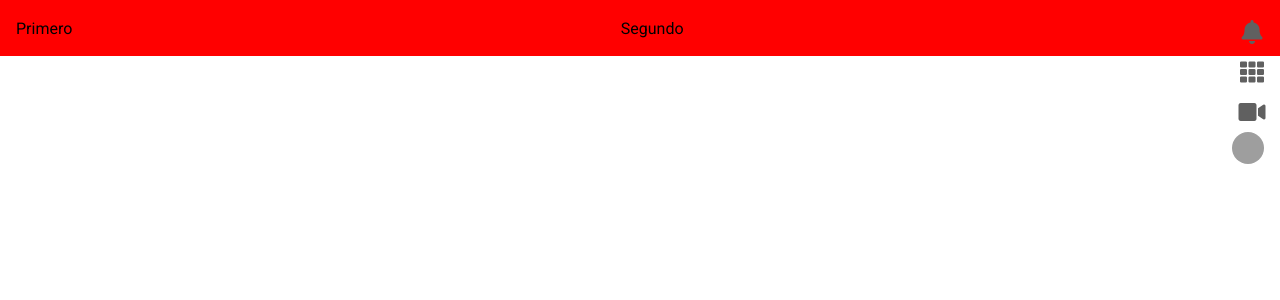
Repository: RobertAries28/ClonYoutube
Page: index.html
These files come from the project's save history. The page is drawn as it stood at one moment and after the next save; the edit follows.
The browser window is 1280 px wide. The pictures show the whole page.
Pictures or frames that could not be fetched are drawn as grey boxes. Some web libraries are served in a nearby version.

Above is the page before, as saved 2021-08-28 11:52:36.

After the next save:
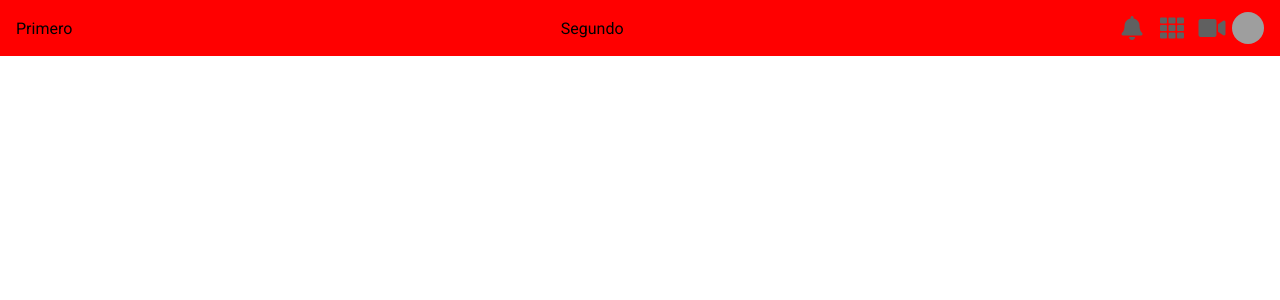
Saved 113 s later.
--- a/index.html
+++ b/index.html
@@ -14,11 +14,12 @@
    <header class="main-header">
        <div>Primero</div>
        <div>Segundo</div>
-       <div>
+       <div class="place-center">
+        <button class=" action-button fas fa-bell"></button>
+        <button class=" action-button fas fa-th"></button>
+        <button class=" action-button fas fa-video"></button>
            <div class="user-avatar">
-               <button class=" action-button fas fa-bell"></button>
-               <button class=" action-button fas fa-th"></button>
-               <button class=" action-button fas fa-video"></button>
+
                <img class="image" src="https://i.pinimg.com/280x280_RS/7d/d0/f4/7dd0f465ad261b24bc09a1508da78cc1.jpg" alt="">
            </div>
        </div>
